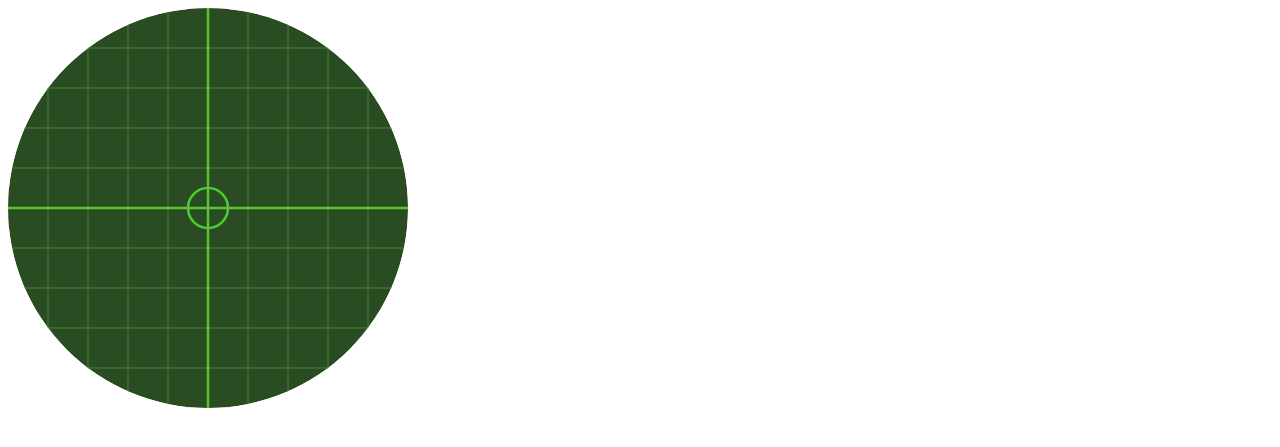
Repository: pedro-mancano/ProjetoCDM204
Page: scripts/radar.html
An editor plug-in stored every save of this project. The page is shown before and after the next save, followed by the edit.
The browser window is 1280 px wide. The pictures show the whole page.

Above is the page before, as saved 2024-11-27 08:36:02.

### scripts/radar.html
<html>

<head>
  <title>Radars</title>
  <link rel="stylesheet" type="text/css" href="./radar.css">
</head>

<body>
  <div class="radar">
    <canvas id="radarCanvas" width="400" height="400"></canvas>
  </div>
  <script src="./radar.js"></script>

</html>

### scripts/radar.js
const canvas = document.getElementById('radarCanvas');
const ctx = canvas.getContext('2d');
let lastDraw = performance.now();

function draw(elapsed) {
  ctx.clearRect(0, 0, canvas.width, canvas.height);

  const height = canvas.height;
  const width = canvas.width;
  const R = canvas.height / 2;


  // Draw the radar circle
  ctx.fillStyle = '#294c22';
  ctx.beginPath();
  ctx.arc(R, R, 200, 0, 2 * Math.PI);
  ctx.fill();

  //
  ctx.strokeStyle = '#3a682e';
  ctx.lineWidth = 1;
  for (let i = 0; i < 2 * R; i += R / 5) {
    for (let j = 0; j < 2 * R; j += R / 5) {
      ctx.beginPath();
      ctx.moveTo(i, 0);
      ctx.lineTo(i, 2 * R);
      ctx.stroke();
      ctx.beginPath();
      ctx.moveTo(0, j);
      ctx.lineTo(2 * R, j);
      ctx.stroke();
    }
  }

  // Clear the outside circle
  ctx.globalCompositeOperation = 'destination-in';
  ctx.fillStyle = '#FFFFFF';
  ctx.beginPath();
  ctx.arc(R, R, 200, 0, 2 * Math.PI);
  ctx.fill();
  ctx.globalCompositeOperation = 'source-over';


  // Draw grid lines (4 lines, 90 degrees apart)
  ctx.strokeStyle = '#54c638';
  ctx.lineWidth = 2.5;
  for (let i = 0; i < 360; i += 90) {
    ctx.beginPath();
    ctx.moveTo(R, R);
    ctx.lineTo(R + 200 * Math.cos(i * Math.PI / 180), R + 200 * Math.sin(i * Math.PI / 180));
    ctx.stroke();
  }

  // Circle outlines 5
  const radiusRatios = [1, .8, .6, .4, .2, .1];

  ctx.beginPath();
  ctx.arc(R, R, R / 10, 0, 2 * Math.PI);
  ctx.stroke();
}

function drawLoop() {
  draw(performance.now() - lastDraw);
  lastDraw = performance.now();
  requestAnimationFrame(drawLoop);
}

requestAnimationFrame(drawLoop);

Loaded but not shown: scripts/radar.css (no stored copy; drawn as an empty file)

After the next save:
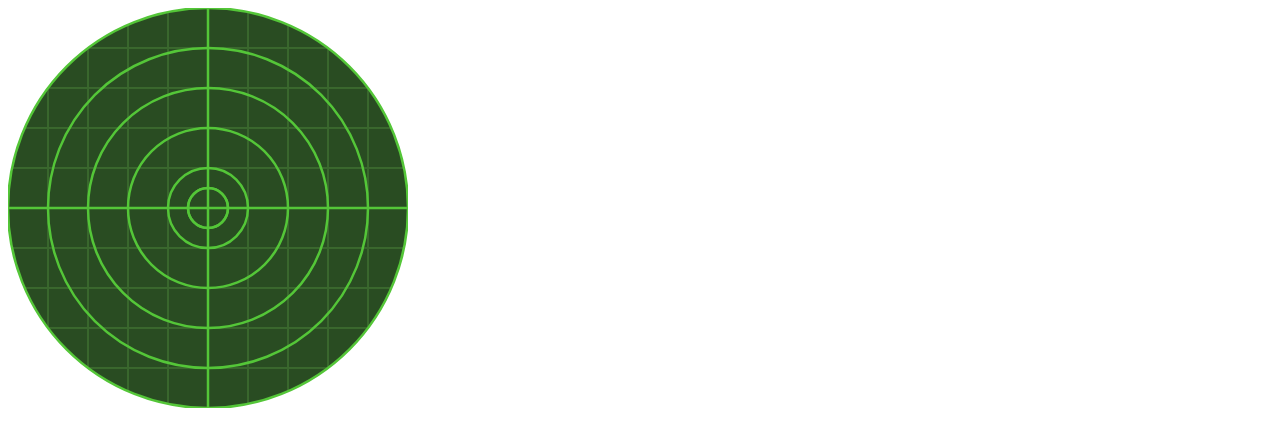
Saved 9 s later.
--- a/scripts/radar.js
+++ b/scripts/radar.js
@@ -53,7 +53,11 @@ function draw(elapsed) {
 
   // Circle outlines 5
   const radiusRatios = [1, .8, .6, .4, .2, .1];
-
+  for (let i = 0; i < radiusRatios.length; i++) {
+    ctx.beginPath();
+    ctx.arc(R, R, R * radiusRatios[i], 0, 2 * Math.PI);
+    ctx.stroke();
+  }
   ctx.beginPath();
   ctx.arc(R, R, R / 10, 0, 2 * Math.PI);
   ctx.stroke();
